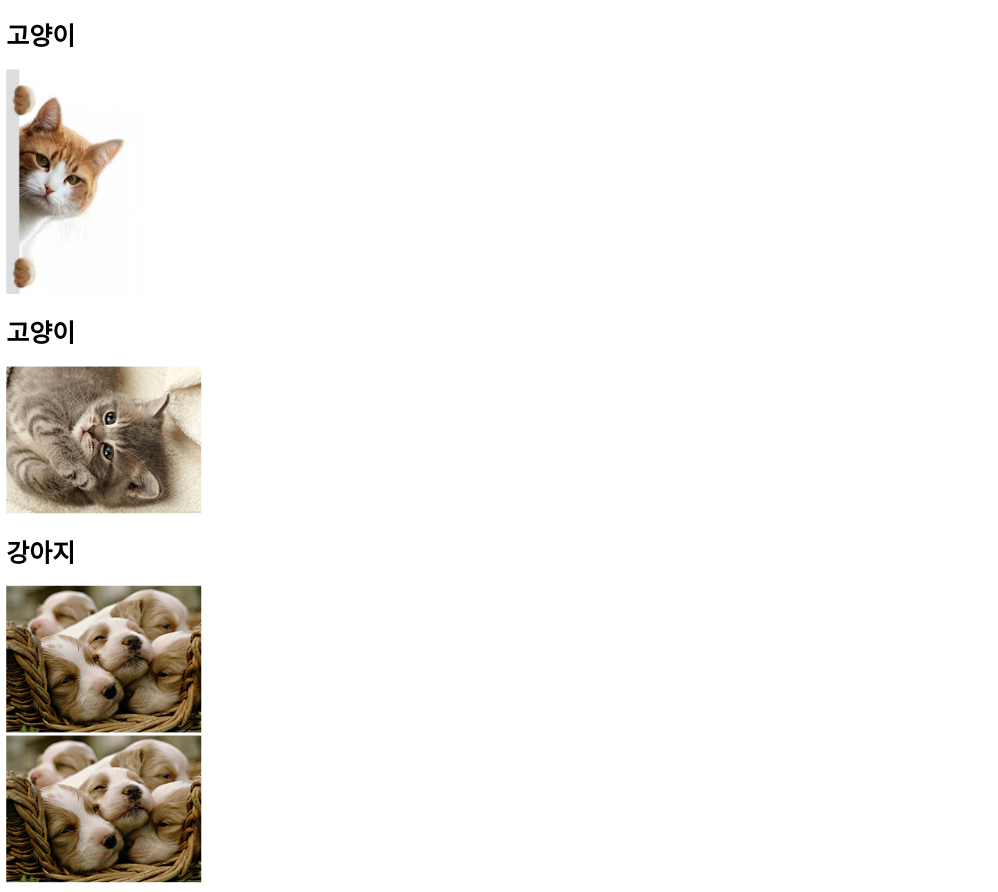
Repository: Chun0903/classStudy_github.io
Page: client/ClientTest/WebContent/ex12_image.html
An editor plug-in stored every save of this project. The page is shown before and after the next save, followed by the edit.
The browser window is 1280 px wide. The pictures show the whole page, at 78% of full size.

Above is the page before, as saved 2020-06-19 05:41:41.

After the next save:
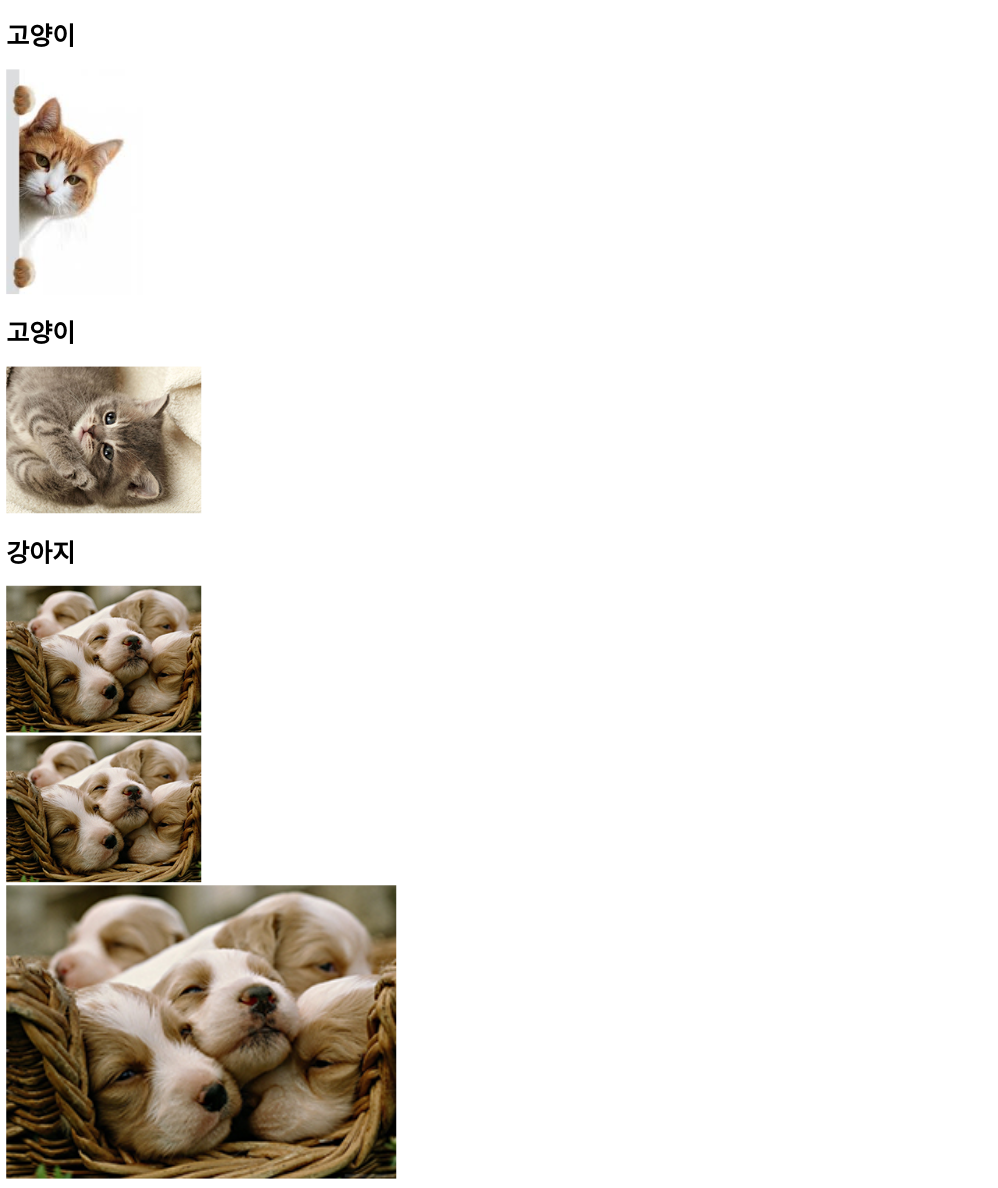
Saved 114 s later.
--- a/client/ClientTest/WebContent/ex12_image.html
+++ b/client/ClientTest/WebContent/ex12_image.html
@@ -33,6 +33,7 @@
 	<h1>강아지</h1>
 	<img src="images/dog01.jpg"><br>
 	<img src="images/dog01.jpg" width="250" height="188"><br>
+	<img src="images/dog01.jpg" width="500" height="376"><br>
 
 </body>
 </html>
